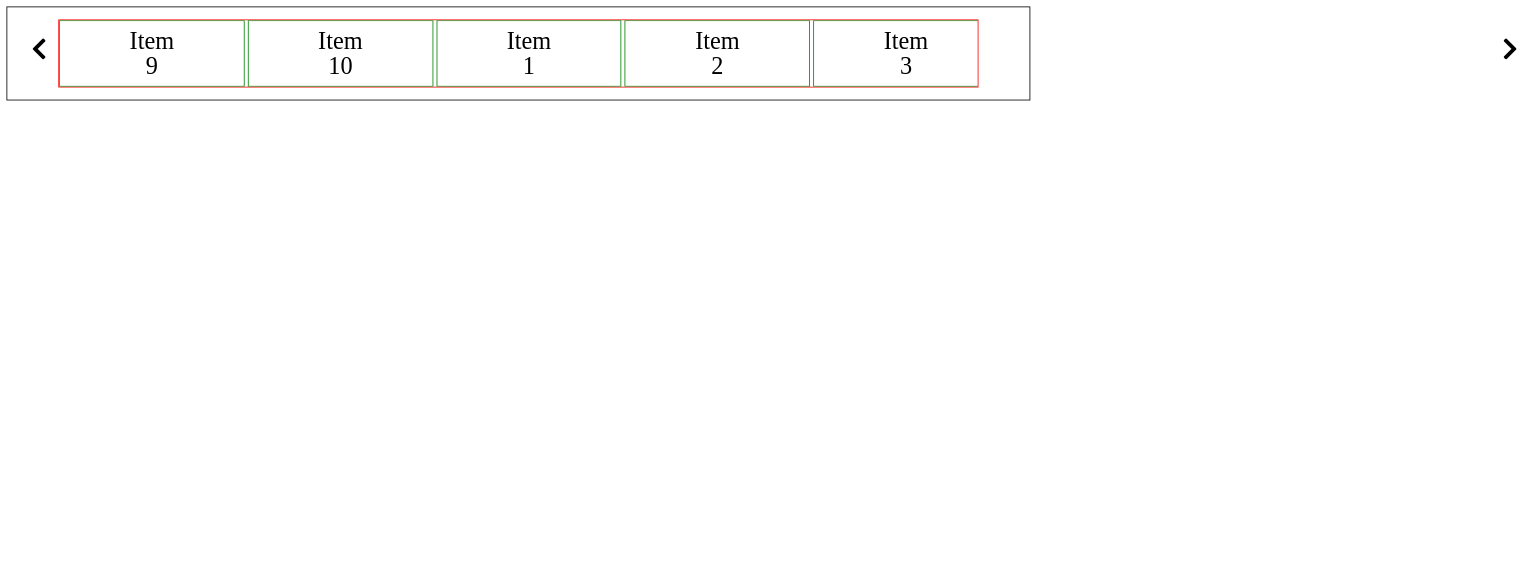
Repository: SAYYODTURINALIYEV/sassasa
Page: snov.html
The author's editor kept a copy of each file at every save. The page is drawn from the files as they stood at one save, then again after the next save.
The browser window is 1280 px wide. The page is 1880 px wide, so the pictures cover 1880 px, including what lies to the right of the window. The pictures show the whole page, at 81% of full size.

Above is the page before, as saved 2022-05-19 16:50:55.

After the next save:
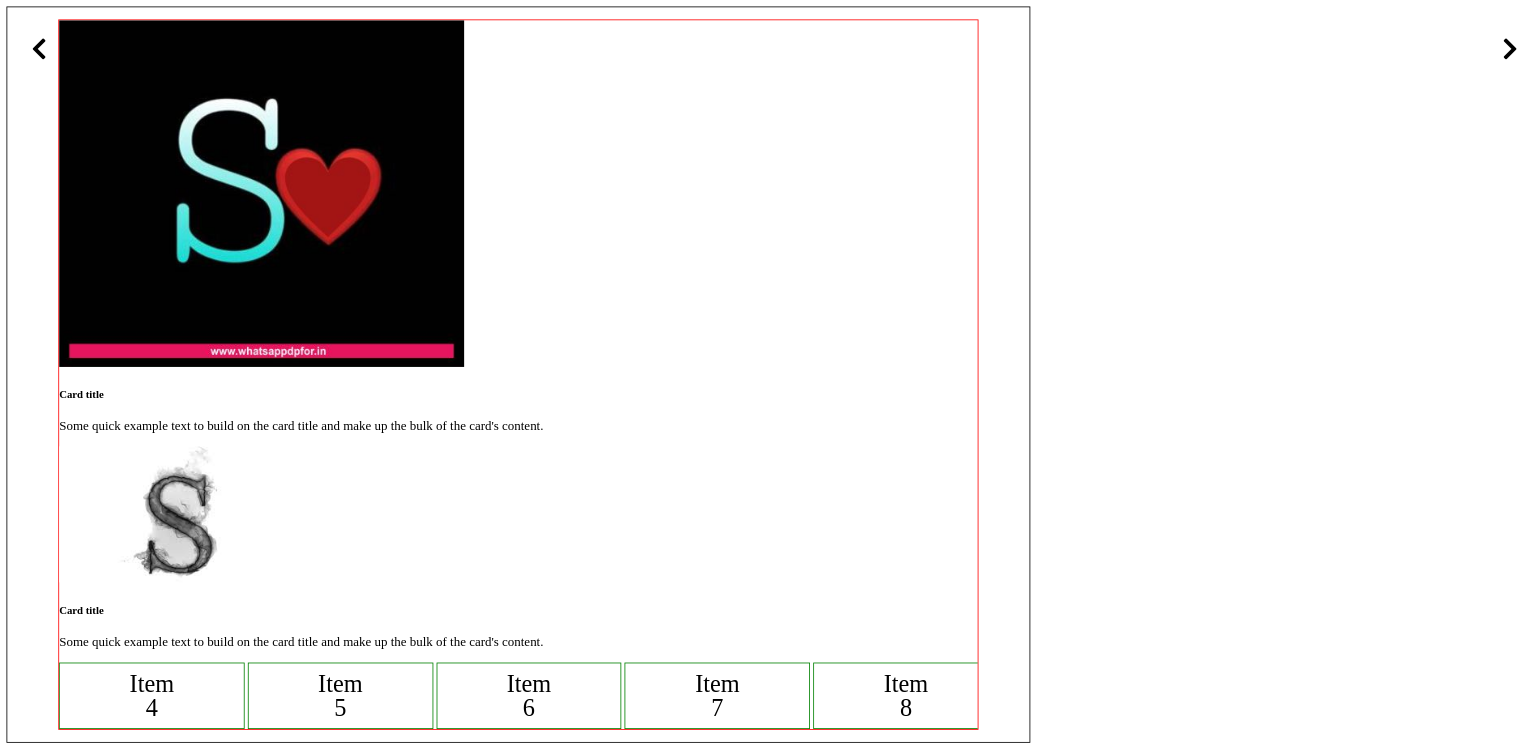
Saved 82 s later.
--- a/snov.html
+++ b/snov.html
@@ -14,20 +14,19 @@
 
     <div id="exampleSlider1" class="exampleSlider">
         <div class="MS-content">
-            <div class="item">
-                <p>Item<br>9</p>
-            </div>
-            <div class="item">
-                <p>Item<br>10</p>
-            </div>
-            <div class="item">
-                <p>Item<br>1</p>
-            </div>
-            <div class="item">
-                <p>Item<br>2</p>
-            </div>
-            <div class="item">
-                <p>Item<br>3</p>
+            <div class="card rasmlar_uz" style="width: 18rem;">
+                <img class="card-img-top" src="/images/s1.jpg" alt="Card image cap">
+                <div class="card-body">
+                    <h5 class="card-title">Card title</h5>
+                    <p class="card-text">Some quick example text to build on the card title and make up the bulk of the card's content.</p>
+                    <img class="card-img-top" src="/images/s2.jpg" alt="Card image cap">
+                    <div class="card-body">
+                        <h5 class="card-title">Card title</h5>
+                        <p class="card-text">Some quick example text to build on the card title and make up the bulk of the card's content.</p>
+
+                    </div>
+
+                </div>
             </div>
             <div class="item">
                 <p>Item<br>4</p>
